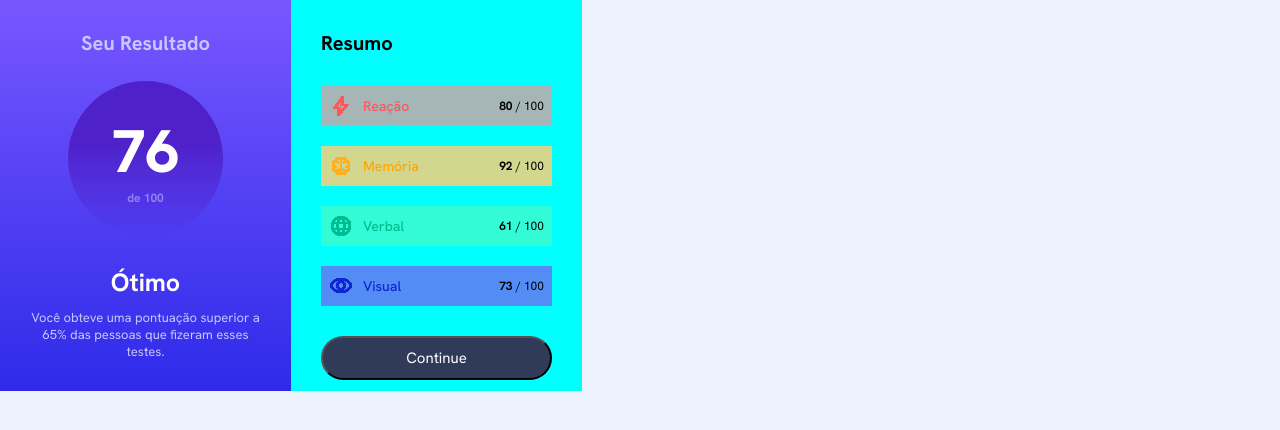
Repository: caique2512/resumo-de-resultados
Page: index.html
These files come from the project's save history. The page is drawn as it stood at one moment and after the next save; the edit follows.
The browser window is 1280 px wide. The pictures show the whole page.

Above is the page before, as saved 2026-03-13 17:32:39.

### index.html
<!DOCTYPE html>
<html lang="pt-br">
<head>
    <meta charset="UTF-8">
    <meta name="viewport" content="width=device-width, initial-scale=1.0">
    <title>Resumo de Resultados</title>
    <link rel="stylesheet" href="src/css/estilos.css">
    <link rel="stylesheet" href="src/css/reset.css">
</head>
<body>
    <main class="conteudo">
        <div class="principal">
            <h1 class="titulo">Seu Resultado</h1>
            <div class="circulo">
                <h2>76</h2>
                <p>de 100</p>
            </div>
            <h2 class="avaliacao">Ótimo</h2>
            <p class="subtitle">Você obteve uma pontuação superior a 65% das pessoas que fizeram esses testes.</p>
        </div>
        <div class="resultado">
            <h1 class="titulo1">Resumo</h1>
            <div class="classes">
                <div class="resumo1">
                    <div>
                        <img src="./src/images/raio.png" alt="Raio">
                        <h3>Reação</h3>
                    </div>
                    <p><strong>80</strong> / 100</p>
                </div>
                <div class="resumo2">
                    <div>
                        <img src="./src/images/memoria.png" alt="Memória">
                        <h3>Memória</h3>
                    </div>
                    <p><strong>92</strong> / 100</p>
                </div>
                <div class="resumo3">
                    <div>
                        <img src="./src/images/mensagem.png" alt="Mensagem">
                        <h3>Verbal</h3>
                    </div>
                    <p><strong>61</strong> / 100</p>
                </div>
                <div class="resumo4">
                    <div>
                        <img src="./src/images/olho.png" alt="olho">
                        <h3>Visual</h3>
                    </div>
                    <p><strong>73</strong> / 100</p>
                </div>
            </div>
            <button class="btn-resumo">Continue</button>
        </div>
    </main>
</body>
</html>

### src/css/estilos.css
@import url('https://fonts.googleapis.com/css2?family=Hanken+Grotesk:ital,wght@0,100..900;1,100..900&display=swap');


body {
    background-color: #ECF3FF;
}

.conteudo {
    display: flex;
}

.principal {
    background: linear-gradient(hsl(252, 100%, 67%), hsl(241, 81%, 54%));
    width: 291px;
    height: 391px;
    display: flex;
    flex-direction: column;
    align-items: center;
}

.titulo {
    color: hsl(241, 100%, 89%);
    font-family: "Hanken Grotesk";
    margin-top: 30px;
    font-size: 2rem;
}

.circulo {
    background: linear-gradient(hsla(256, 72%, 46%, 1) 40%, hsla(241, 72%, 46%, 0));
    width: 155px;
    height: 155px;
    border-radius: 50%;
    display: flex;
    align-items: center;
    justify-content: center;
    flex-direction: column;
    margin-top: 2.5rem;
}

.circulo h2 {
    font-size: 6rem;
    font-family: "Hanken Grotesk";
    font-weight: 800;
    color: hsl(0, 0%, 100%);
}

.circulo p {
    color: hsla(241, 100%, 89%, 0.538);
    font-family: "Hanken Grotesk";
    font-weight: 700;
    font-size: 1.2rem;
}

.principal .avaliacao {
    color: white;
    font-family: "Hanken Grotesk";
    margin-top: 30px;
    font-size: 2.5rem;

}

.principal .subtitle {
    color: hsl(241, 100%, 89%);
    font-family: "Hanken Grotesk";
    width: 230px;
    display: flex;
    text-align: center;
    margin: 10px;
    font-size: 1.3rem;
}

.resultado {
    background-color: aqua;
    width: 291px;
    height: 391px;
    padding: 30px;
}

.resultado .titulo1 {
    color: #000000;
    font-family: "Hanken Grotesk";
}

.resultado .classes {
    display: flex;
    flex-direction: column;
    gap: 20px;
    margin: 30px 0px;
}

.resultado .resumo1 h3 {
    color: hsl(0, 100%, 67%);
    font-family: "Hanken Grotesk";
    font-size: 1.4rem;
    font-weight: 500;
}

.resultado .classes .resumo1 div {
    display: flex;
    align-items: center;
    gap: 10px;
}

.resultado .classes .resumo1{
    display: flex;
    align-items: center;
    justify-content: space-between;
    background-color: hsla(0, 90%, 77%, 0.667);
    padding: 8px;
}

.resultado .resumo2 h3 {
    color: #ffa602;
    font-family: "Hanken Grotesk";
    font-size: 1.4rem;
    font-weight: 500;
}

.resultado .classes .resumo2 div {
    display: flex;
    align-items: center;
    gap: 10px;
}

.resultado .classes .resumo2{
    display: flex;
    align-items: center;
    justify-content: space-between;
    background-color: hsla(39, 96%, 73%, 0.834);
    padding: 8px;
}

.resultado .resumo3 h3 {
    color: #00bd91;
    font-family: "Hanken Grotesk";
    font-size: 1.4rem;
    font-weight: 500;
}

.resultado .classes .resumo3 div {
    display: flex;
    align-items: center;
    gap: 10px;
}

.resultado .classes .resumo3{
    display: flex;
    align-items: center;
    justify-content: space-between;
    background-color: hsla(166, 96%, 61%, 0.851);
    padding: 8px;
}

.resultado .resumo4 h3 {
    color: #1125d4;
    font-family: "Hanken Grotesk";
    font-size: 1.4rem;
    font-weight: 500;
}

.resultado .classes .resumo4 div {
    display: flex;
    align-items: center;
    gap: 10px;
}

.resultado .classes .resumo4{
    display: flex;
    align-items: center;
    justify-content: space-between;
    background-color: hsla(234, 88%, 68%, 0.829);
    padding: 8px;
}

.resultado .classes p {
    font-size: 1.2rem;
    font-family: "Hanken Grotesk";
}

.resultado .classes p strong {
    font-weight: 700;
}

.btn-resumo {
    background-color: hsl(224, 30%, 27%);
    width: 100%;
    padding: 10px;
    border-radius: 40px;
    color: white;
    font-family: "Hanken Grotesk";
    font-size: 1.5rem;
}

### src/css/reset.css
html {
    font-size: 62.5%;
}

* {
    margin: 0;
    padding: 0;
    box-sizing: border-box;
}

img {
    object-fit: cover;
}

After the next save:
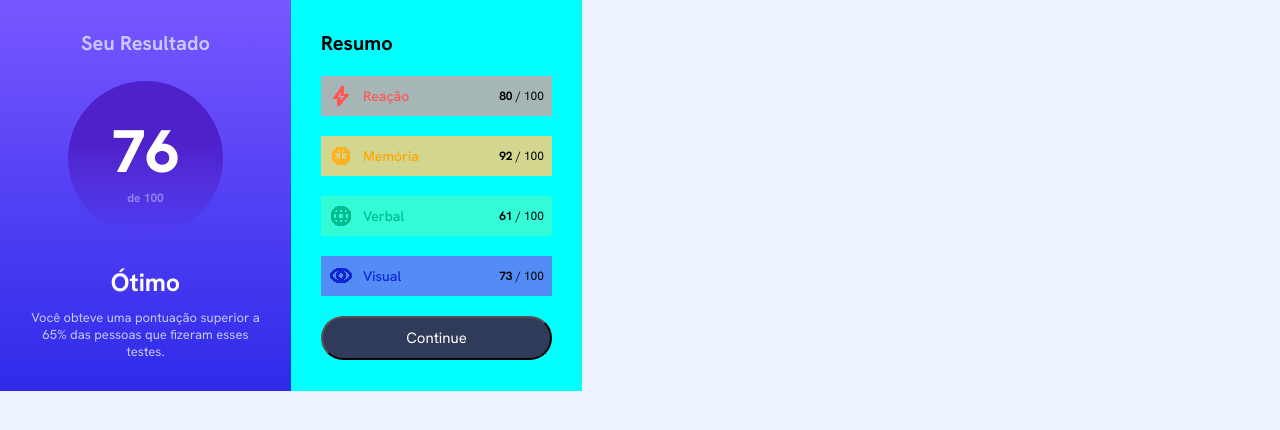
Saved 60 s later.
--- a/src/css/estilos.css
+++ b/src/css/estilos.css
@@ -85,7 +85,7 @@ body {
     display: flex;
     flex-direction: column;
     gap: 20px;
-    margin: 30px 0px;
+    margin: 20px 0px;
 }
 
 .resultado .resumo1 h3 {
